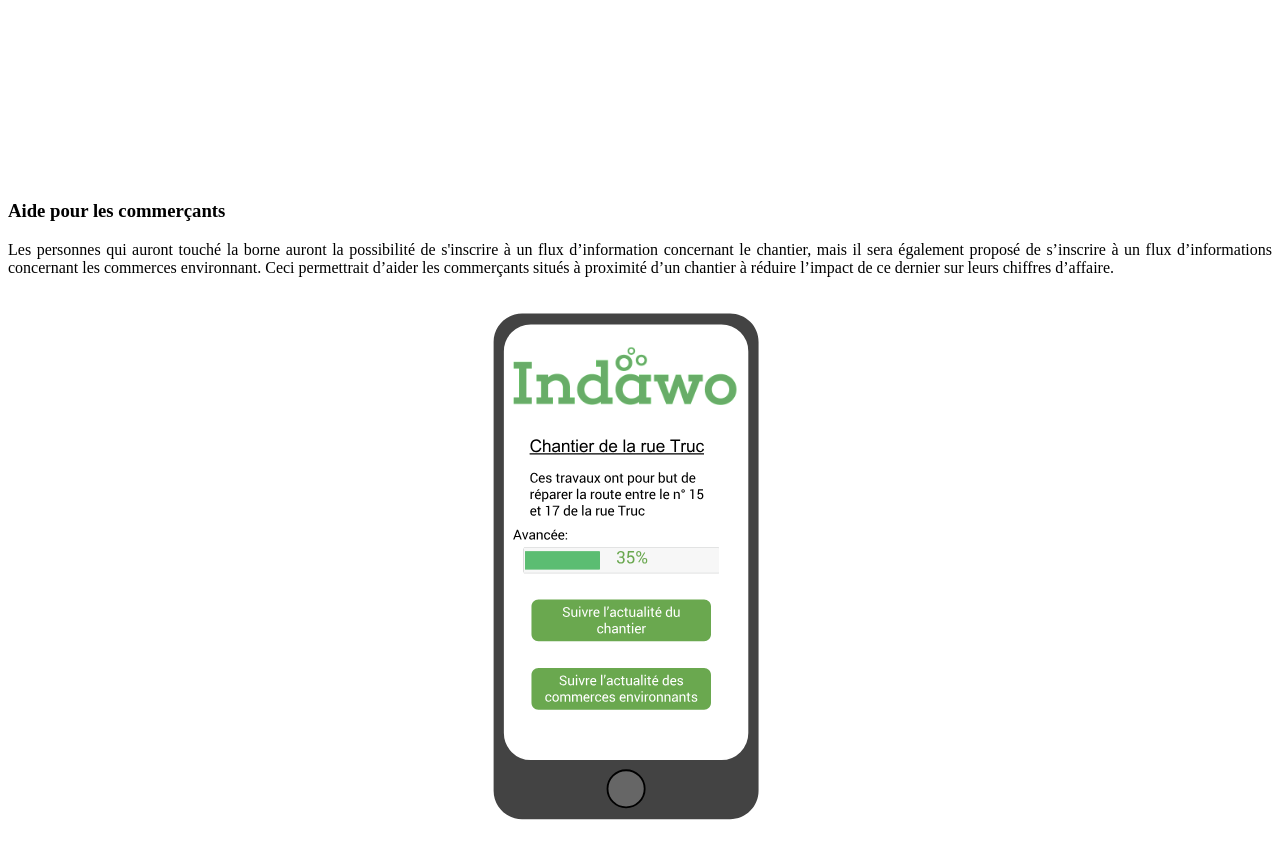
Repository: PierreGauthier/DU-Phase2
Page: duphase2/templates/1store1.html
The author's editor kept a record of every edit. The page is drawn from the files as they stood at one moment, then again after the next edit.
The browser window is 1280 px wide. The pictures show the whole page.
The template is drawn by Django 2.2. The application's start-up code is not run. Other server files are loaded and not shown. The template is opened directly, without the code that normally fills it, so the values that code supplies are empty.

Above is the page before.

### duphase2/templates/1store1.html

<div class="ui grid">
   <div class="eight wide column" style="text-align:justify;vertical-align: center;" >
       <h3 style="margin-top:200px;">Aide pour les commerçants</h3>
       <p>Les personnes qui auront touché la borne auront la possibilité de
       s'inscrire à un flux d’information concernant le chantier, mais il sera
       également proposé de s’inscrire à un flux d’informations concernant les
       commerces environnant. Ceci permettrait d’aider les commerçants situés à
       proximité d’un chantier à réduire l’impact de ce dernier sur leurs chiffres
       d’affaire.</p>
   </div>
   <div class="eight wide column">
       <center><img src='/static/images/indawo_app1.svg' style="width:500px;"/></center>
   </div>
</div>

Loaded but not shown: duphase2/static/images/indawo_app1.svg (3 lines, source omitted)

After the next edit:
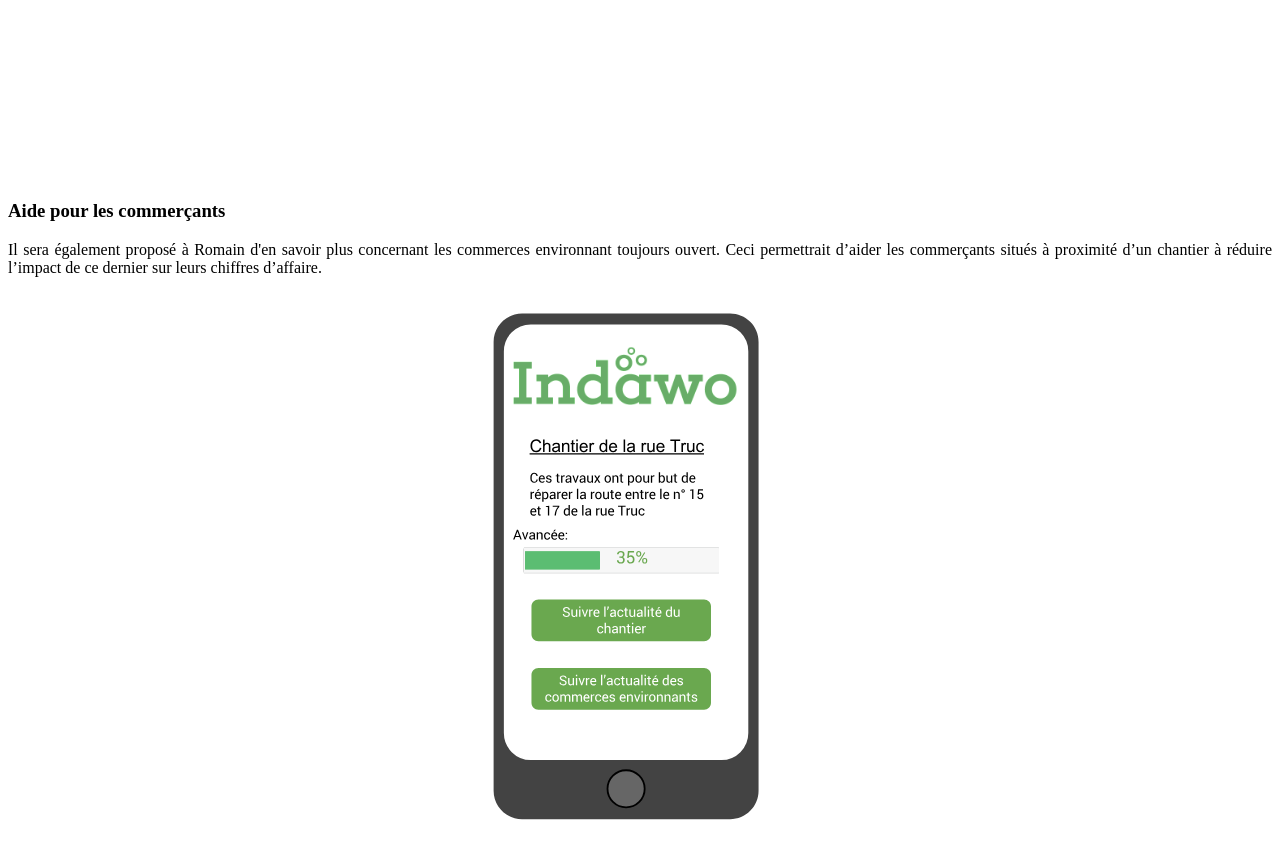
The edit:
--- a/duphase2/templates/1store1.html
+++ b/duphase2/templates/1store1.html
@@ -2,10 +2,9 @@
 <div class="ui grid">
    <div class="eight wide column" style="text-align:justify;vertical-align: center;" >
        <h3 style="margin-top:200px;">Aide pour les commerçants</h3>
-       <p>Les personnes qui auront touché la borne auront la possibilité de
-       s'inscrire à un flux d’information concernant le chantier, mais il sera
-       également proposé de s’inscrire à un flux d’informations concernant les
-       commerces environnant. Ceci permettrait d’aider les commerçants situés à
+       <p>Il sera
+       également proposé à Romain d'en savoir plus concernant les
+       commerces environnant toujours ouvert. Ceci permettrait d’aider les commerçants situés à
        proximité d’un chantier à réduire l’impact de ce dernier sur leurs chiffres
        d’affaire.</p>
    </div>
